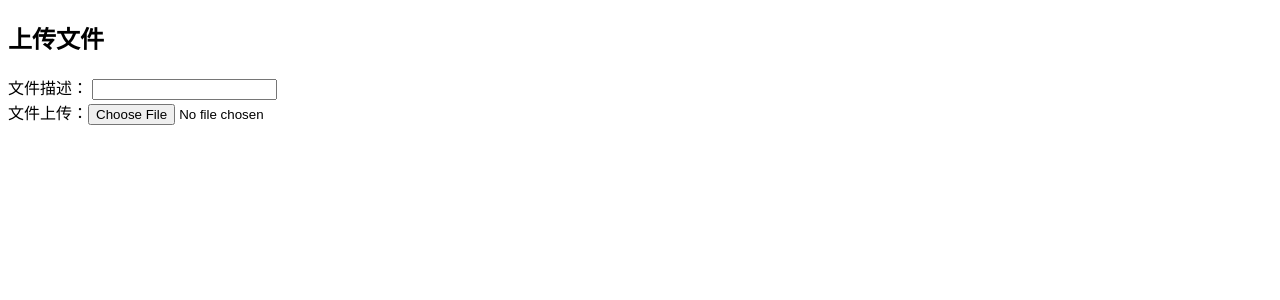
Repository: iamsongpeng/java-web-demo
Page: http://localhost/java-web-demo-upload-01/upload.jsp
The author's editor kept a copy of each file at every save. The page is drawn from the files as they stood at one save, then again after the next save.
The browser window is 1280 px wide. The pictures show the whole page.
The page is served by Tomcat 9. Other server files are loaded and not shown.

Above is the page before, as saved 2017-06-12 02:36:23.

### java-web-demo-upload-01/WebContent/upload.jsp
<%@ page language="java" contentType="text/html; charset=UTF-8"
    pageEncoding="UTF-8"%>
<!DOCTYPE html PUBLIC "-//W3C//DTD HTML 4.01 Transitional//EN" "http://www.w3.org/TR/html4/loose.dtd">
<html>
<head>
<meta http-equiv="Content-Type" content="text/html; charset=UTF-8">
<title>Insert title here</title>
</head>
<body>
	<h2>上传文件</h2>
	<!-- 1 表单必须是 method="post" -->
	<!-- 2 表单项必须有 name 属性 -->
	<!-- 3 form 标签增加 enctype="mutipart/form-data" -->
	<form enctype="mutipart/form-data" method="post" actiono="${pageContext.request.contextPath }/upload">
		文件描述： <input type="text" name="description"><br/>
		文件上传：<input type="file" name="upload"><br/>
	</form>
</body>
</html>

After the next save:
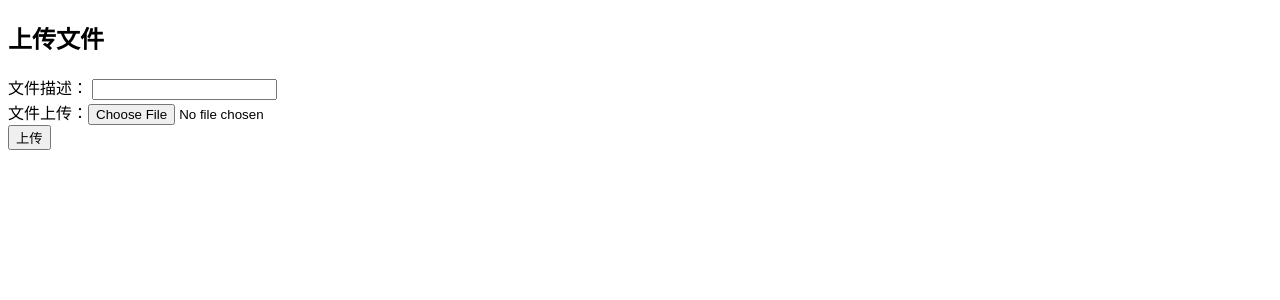
Saved 23 s later.
--- a/java-web-demo-upload-01/WebContent/upload.jsp
+++ b/java-web-demo-upload-01/WebContent/upload.jsp
@@ -14,6 +14,7 @@
 	<form enctype="mutipart/form-data" method="post" actiono="${pageContext.request.contextPath }/upload">
 		文件描述： <input type="text" name="description"><br/>
 		文件上传：<input type="file" name="upload"><br/>
+		<input type="submit" value="上传">
 	</form>
 </body>
 </html>
